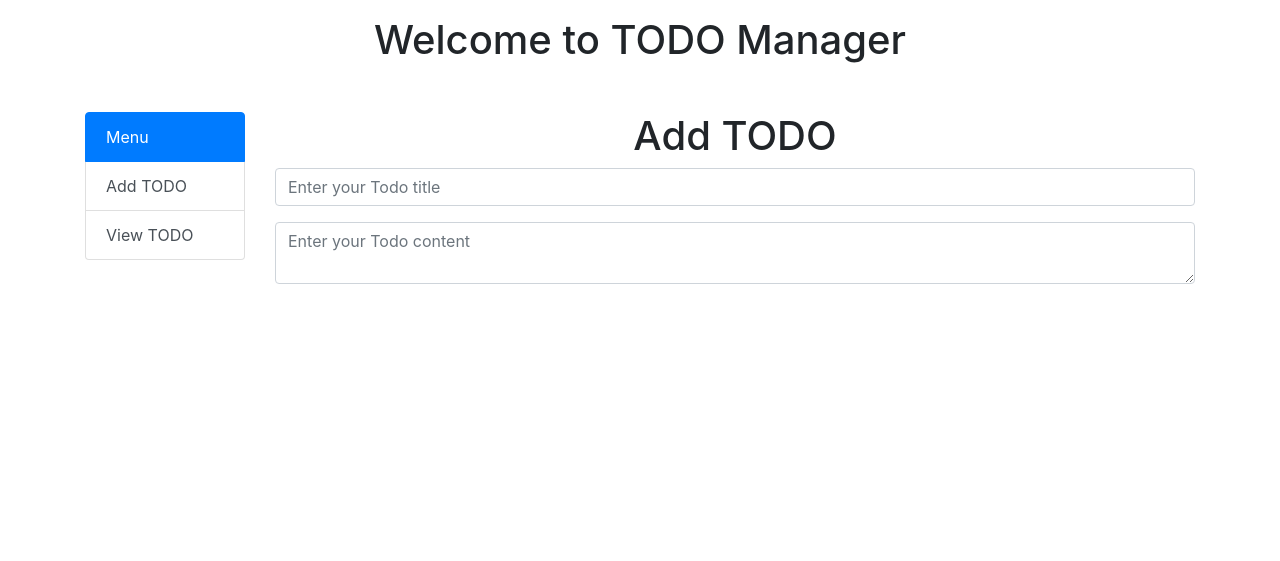
Repository: HarshViijay/spring-boot
Page: http://localhost/springmvcnew/add
The author's editor kept a copy of each file at every save. The page is drawn from the files as they stood at one save, then again after the next save.
The browser window is 1280 px wide. The pictures show the whole page.
Some web libraries are served in a nearby version. The page is served by Tomcat 9.

Above is the page before, as saved 2023-03-11 19:02:30.

After the next save:
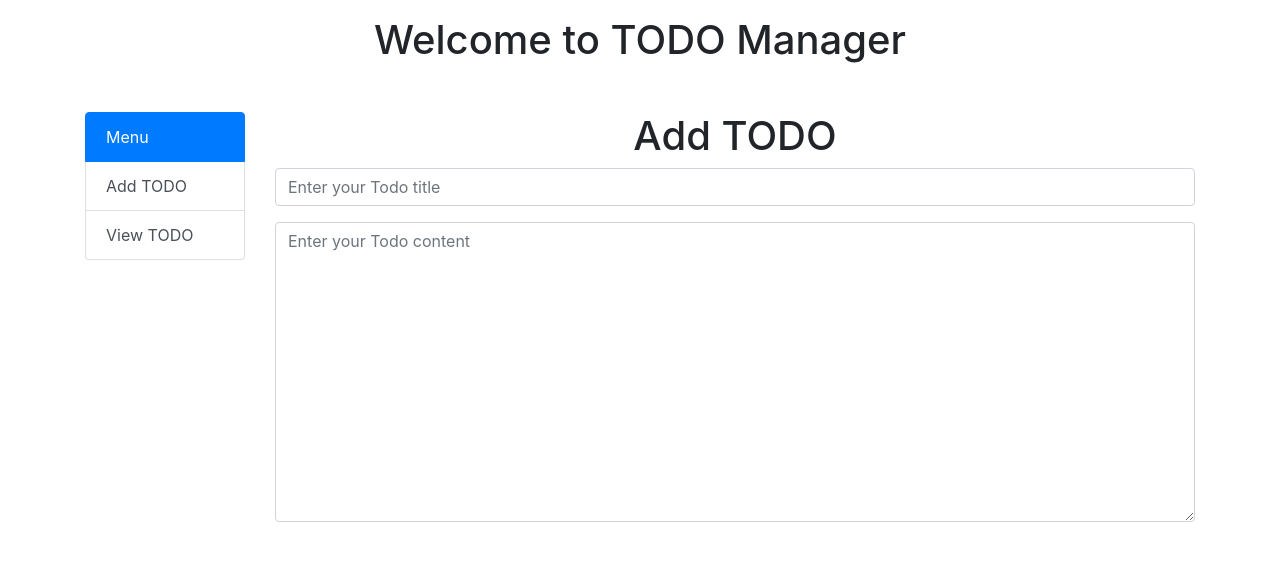
Saved 40 s later.
--- a/springmvcnew/src/main/webapp/WEB-INF/pages/home.jsp
+++ b/springmvcnew/src/main/webapp/WEB-INF/pages/home.jsp
@@ -60,7 +60,7 @@
 
 						<div class="form-group">
 							<form:textarea path="todoContent" cssClass="form-control"
-								placeholder="Enter your Todo content" />
+								placeholder="Enter your Todo content" cssStyle="height:300px"/>
 						</div>
 
 
